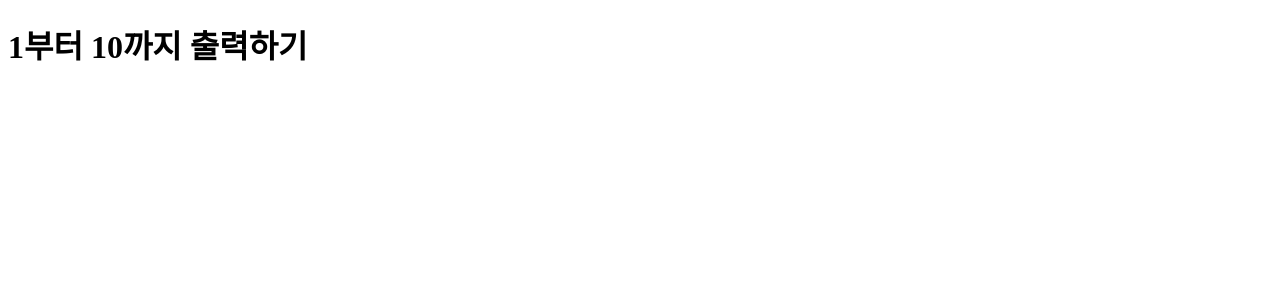
Repository: kkw3202/Jsp2026
Page: http://localhost/chapter01/test01.jsp
An editor plug-in stored every save of this project. The page is shown before and after the next save, followed by the edit.
The browser window is 1280 px wide. The pictures show the whole page.
The page is served by Tomcat 9.

Above is the page before, as saved 2026-10-16 02:10:57.

After the next save:
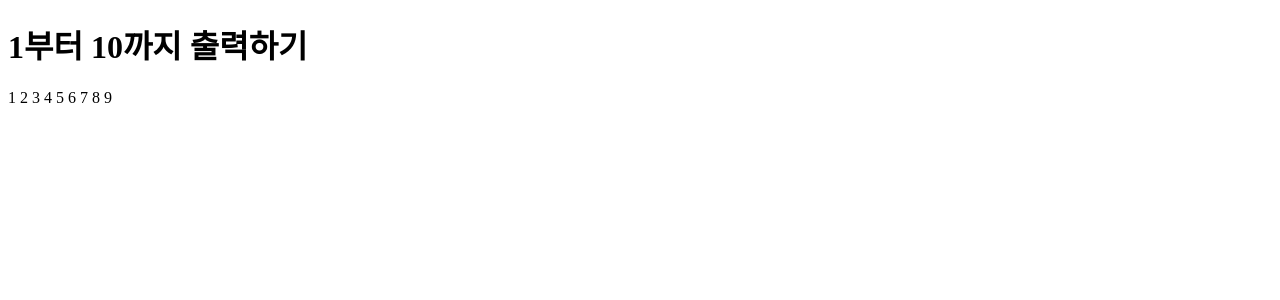
Saved 114 s later.
--- a/chapter01/src/main/webapp/test01.jsp
+++ b/chapter01/src/main/webapp/test01.jsp
@@ -8,6 +8,6 @@
 </head>
 <body>
 	<h1>1부터 10까지 출력하기</h1>
-
+	<% for(int i = 1; i<10; i++){ %> <%= i %> <% } %>
 </body>
 </html>
